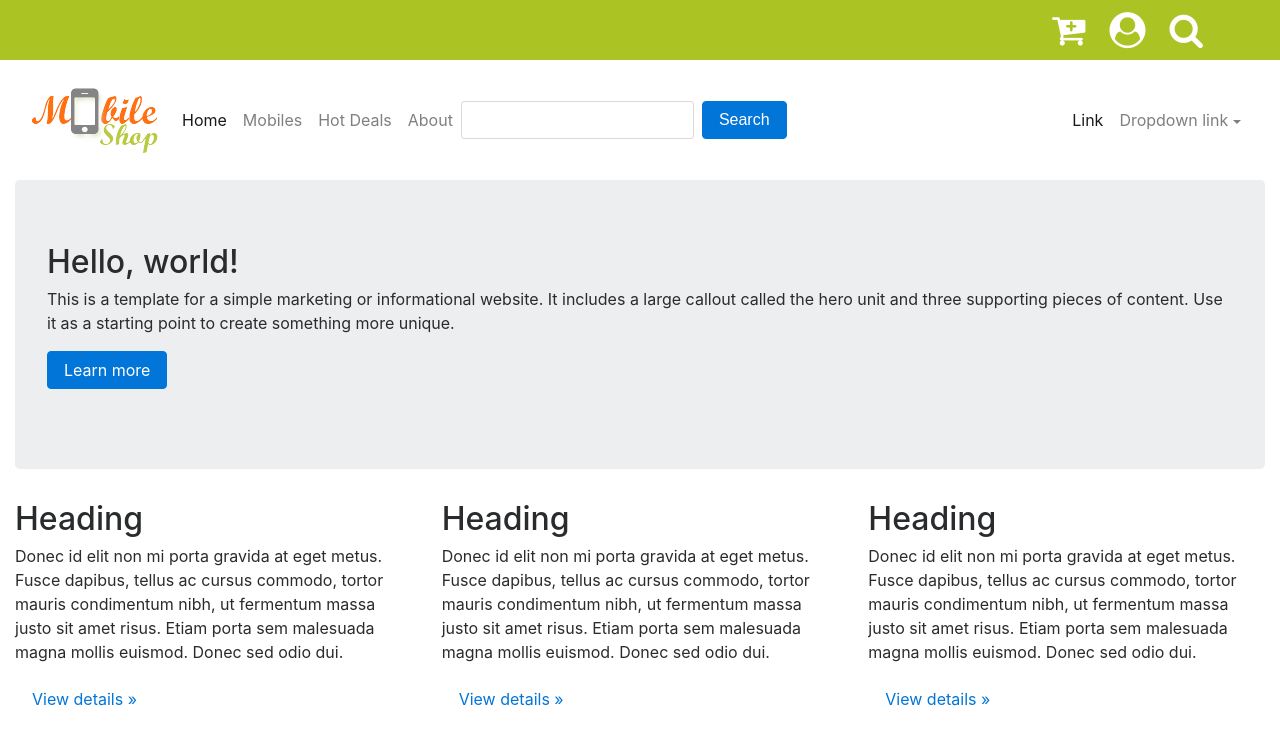
Repository: rajmohanr/mobile
Page: index.html
The author's editor kept a copy of each file at every save. The page is drawn from the files as they stood at one save, then again after the next save.
The browser window is 1280 px wide. The pictures show the whole page.

Above is the page before, as saved 2018-03-31 11:37:04.
Console error (its wording comes from the project's code and is left out).

After the next save:
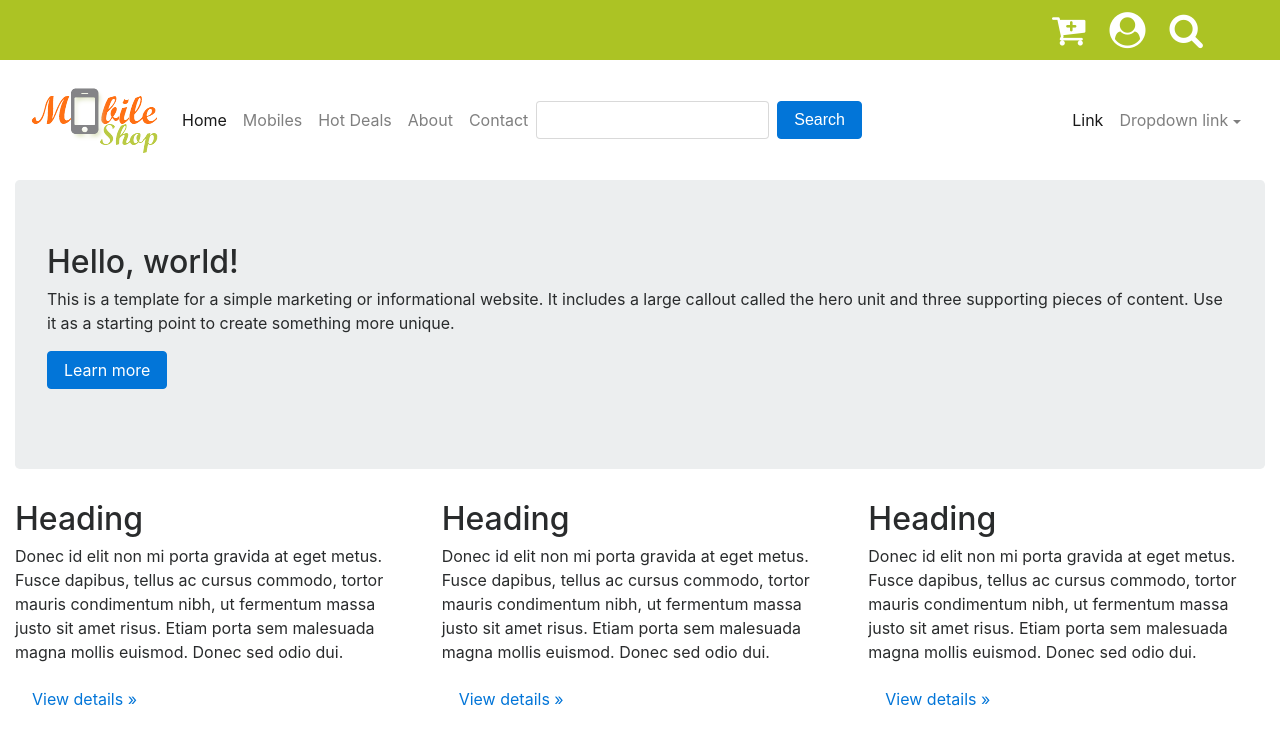
Saved 19 s later.
--- a/index.html
+++ b/index.html
@@ -45,6 +45,9 @@
 						</li>
 						<li class="nav-item">
 								<a class="nav-link" href="#">About</a>
+						</li>
+						<li class="nav-item">
+								<a class="nav-link" href="#">Contact</a>
 						</li>
 					</ul>
 					<form class="form-inline">
